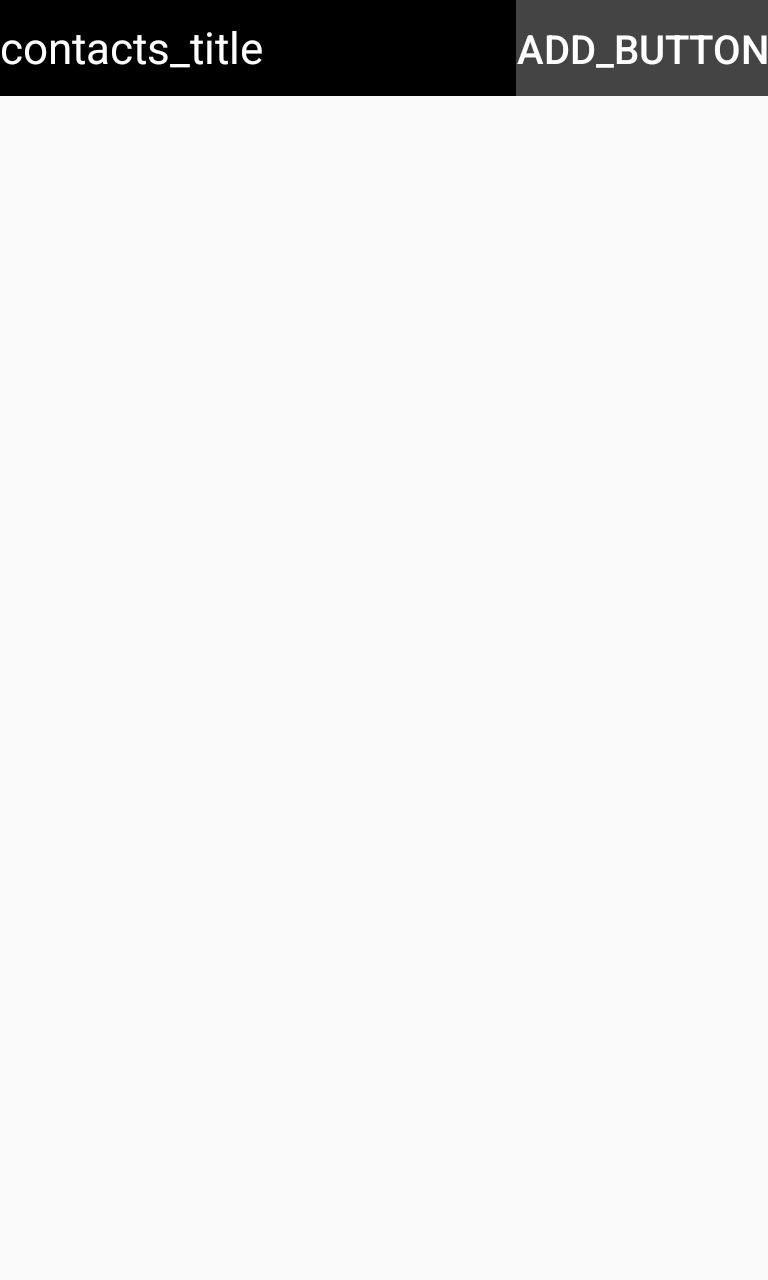
Repository: Smahane/SeniorProjectPOC
Layout: MyAssistant/res/layout/activity_database_output.xml
The author's editor kept a copy of each file at every save. The layout is drawn from the files as they stood at one save, then again after the next save.
It is drawn on a 768 x 1280 px phone screen (xhdpi) without system bars, with theme AppTheme; the app's code is not run. Lists and similar views that code fills are empty.

Above is the layout before, as saved 2014-12-13 09:01:21.

After the next save:
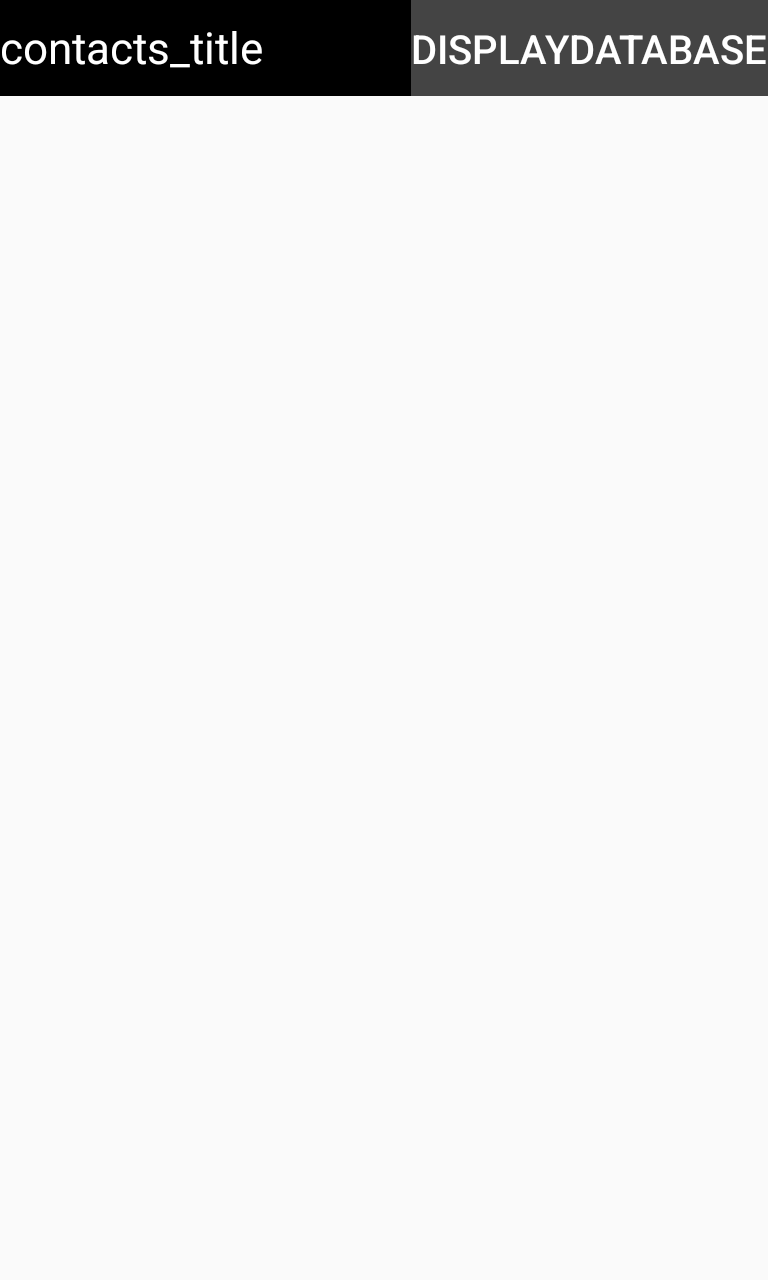
Saved 119 s later.
--- a/MyAssistant/res/layout/activity_database_output.xml
+++ b/MyAssistant/res/layout/activity_database_output.xml
@@ -25,7 +25,7 @@
             android:id="@+id/button1"
             android:background="#444444"
             android:onClick="showAddContact"
-            android:text="add_button"
+            android:text="DisplayDataBase"
             android:textColor="#FFFFFF"
             android:textSize="20sp" />
 
